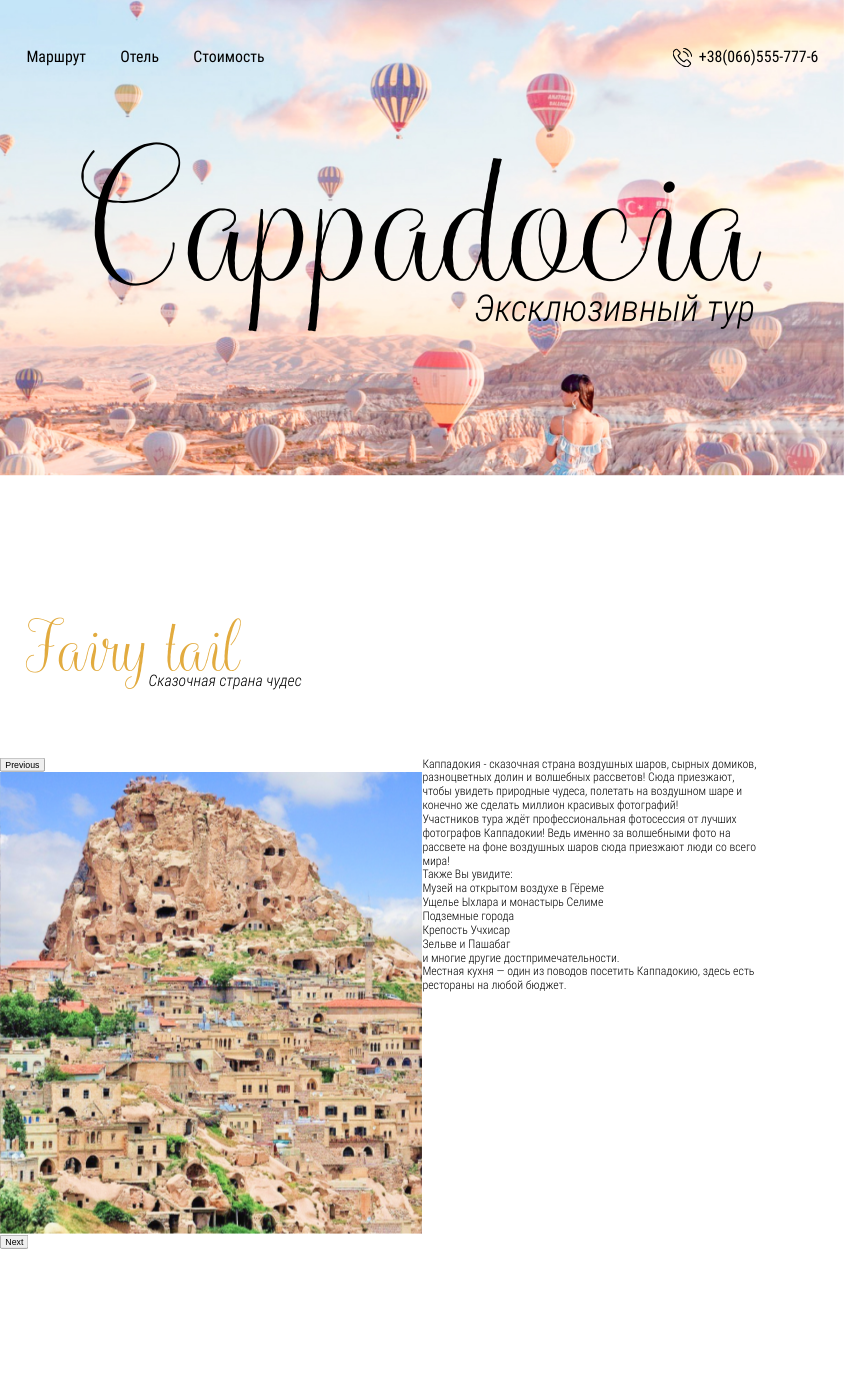
Repository: Lareeman/cappadocia
Page: index.html
The author's editor kept a copy of each file at every save. The page is drawn from the files as they stood at one save, then again after a run of saves.
The browser window is 1280 px wide. The pictures show the whole page, at 66% of full size.

Above is the page before, as saved 2024-01-27 12:40:46.

After the next 5 saves:
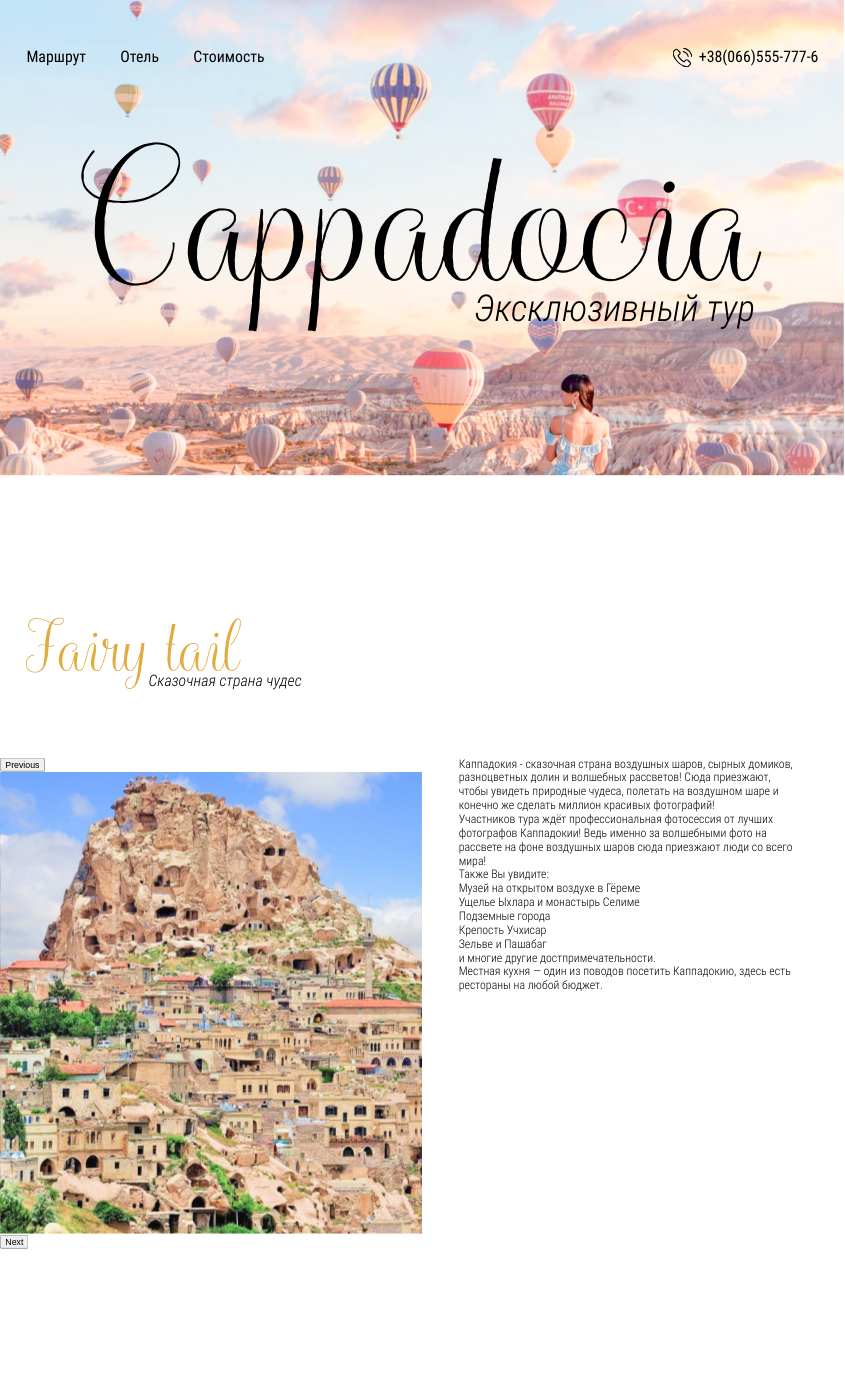
The 5 saves are shown as one change because they came seconds apart.
The last was saved 73 s later.
--- a/css/style.css
+++ b/css/style.css
@@ -177,6 +177,7 @@ body {
 
 .fairy__inner {
   display: flex;
+  gap: 0 55px;
 }
 
 .fairy__slider {
